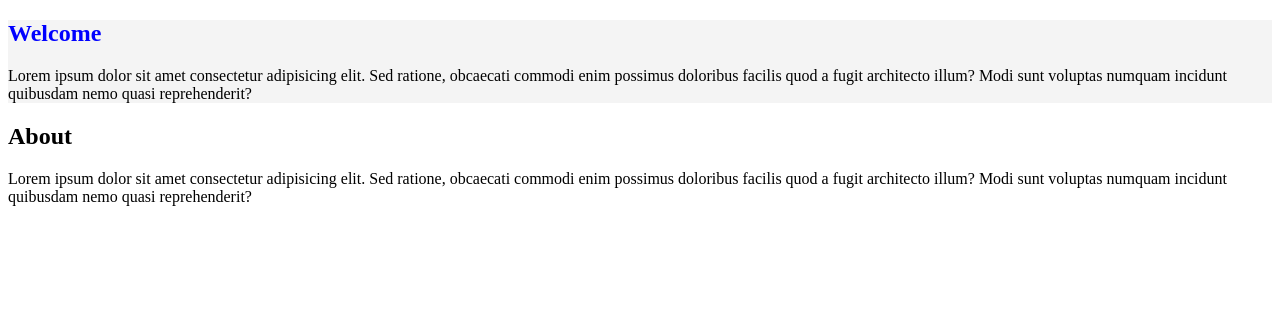
Repository: andiausrust/css-traversy
Page: css-basics/01_basic.html
These files come from the project's save history. The page is drawn as it stood at one moment and after the next save; the edit follows.
The browser window is 1280 px wide. The pictures show the whole page.

Above is the page before, as saved 2020-08-19 10:10:45.

### css-basics/01_basic.html
<!DOCTYPE html>
<html lang="en">
    <head>
        <meta charset="UTF-8" />
        <meta name="viewport" content="width=device-width, initial-scale=1.0" />
        <link rel="stylesheet" href="./css/style.css" />
        <title>CSS Selectors</title>
    </head>
    <body>
        <div id="welcome">
            <h2 id="primary-heading">Welcome</h2>
            <p><div>Lorem ipsum dolor sit amet consectetur
                adipisicing elit. Sed ratione, obcaecati commodi enim
                possimus doloribus facilis quod a fugit architecto illum?
                Modi sunt voluptas numquam incidunt quibusdam nemo quasi
                reprehenderit?</div></p>
        </div>
    <body>
        <div id="about">
            <h2>About</h2>
            <p><div>Lorem ipsum dolor sit amet consectetur
                adipisicing elit. Sed ratione, obcaecati commodi enim
                possimus doloribus facilis quod a fugit architecto illum?
                Modi sunt voluptas numquam incidunt quibusdam nemo quasi
                reprehenderit?</div></p>
        </div>
    </body>
</html>

### css-basics/css/style.css
/* . is for classes # for ids */
h2#primary-heading {
    color: blue;
}

#welcome {
    background-color: #f4f4f4;
}

After the next save:
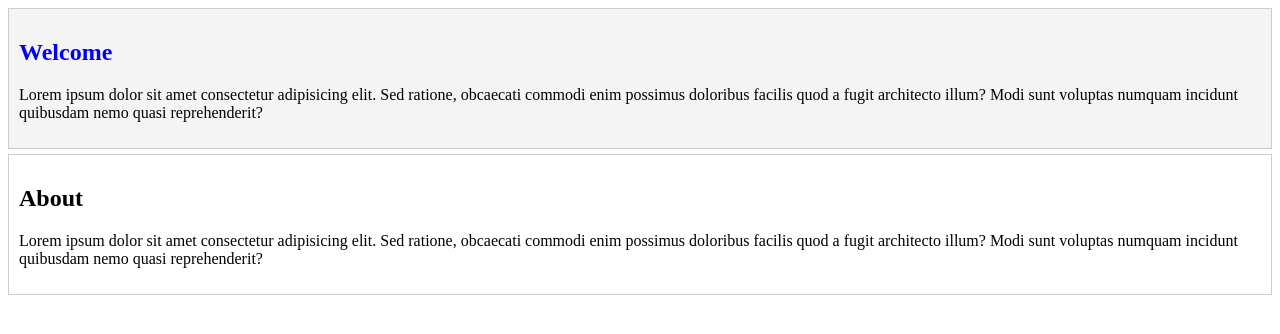
Saved 81 s later.
--- a/css-basics/css/style.css
+++ b/css-basics/css/style.css
@@ -3,6 +3,14 @@ h2#primary-heading {
     color: blue;
 }
 
+/* # is for ids */
 #welcome {
     background-color: #f4f4f4;
 }
+
+#welcome,
+#about {
+    border: 1px solid #ccc;
+    padding: 10px;
+    margin-bottom: 5px;
+}
